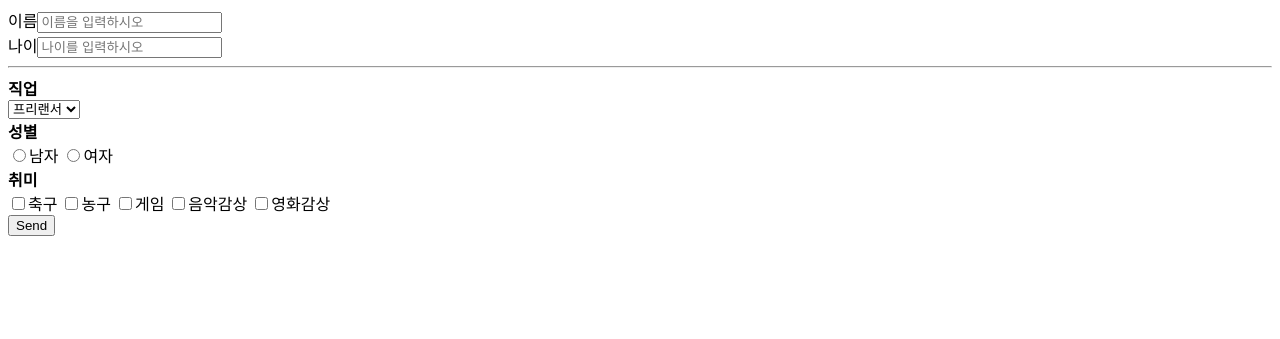
Repository: pillz9408/Jsp-Servlet
Page: jspstudy/day02/src/main/webapp/userInfo2.html
These files come from the project's save history. The page is drawn as it stood at one moment and after the next save; the edit follows.
The browser window is 1280 px wide. The pictures show the whole page.

Above is the page before, as saved 2022-10-05 03:16:25.

### jspstudy/day02/src/main/webapp/userInfo2.html
<!DOCTYPE html>
<html>
<head>
<meta charset="UTF-8">
<title>userTest</title>
</head>
<body>
<form action="userinfo2">
	이름<input type="text" name="name" placeholder="이름을 입력하시오"><br>
	나이<input type="text" name="age" placeholder="나이를 입력하시오"><br>
	<hr> <!--<hr>=구분선  -->
	<b>직업</b><br><select name='job'>
		<option value="프리랜서">프리랜서
		<option value="학생">학생
		<option value="직장인">직장인
	</select><br>
	<b>성별</b><br><input type="radio"name="gender" value="남자">남자
	<input type="radio"name="gender" value="여자">여자<br>
	<b>취미</b><br><input type="checkbox"name="hobby" value="축구">축구
	<input type="checkbox"name="hobby" value="농구">농구
	<input type="checkbox"name="hobby" value="게임">게임
	<input type="checkbox"name="hobby" value="음악감상">음악감상
	<input type="checkbox"name="hobby" value="영화감상">영화감상
	<br>
	<input type="submit" value="Send">
	</form>

</body>
</html>

After the next save:
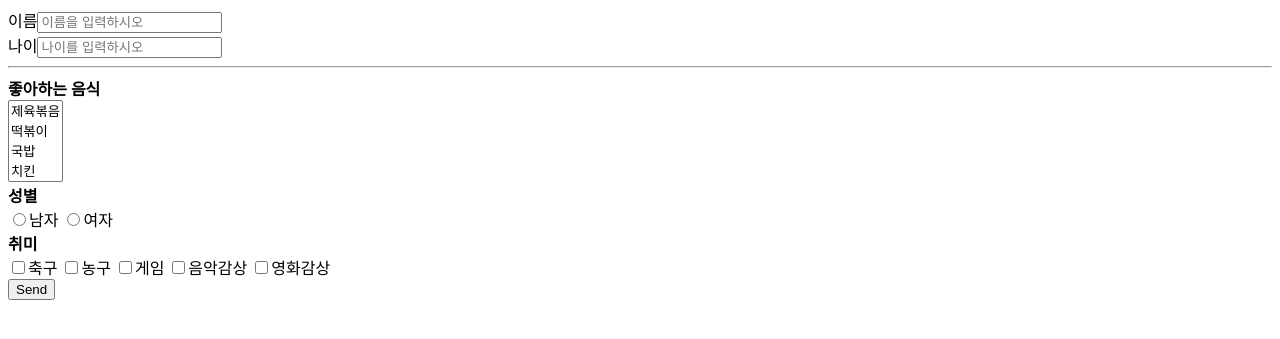
Saved 108 s later.
--- a/jspstudy/day02/src/main/webapp/userInfo2.html
+++ b/jspstudy/day02/src/main/webapp/userInfo2.html
@@ -9,10 +9,11 @@
 	이름<input type="text" name="name" placeholder="이름을 입력하시오"><br>
 	나이<input type="text" name="age" placeholder="나이를 입력하시오"><br>
 	<hr> <!--<hr>=구분선  -->
-	<b>직업</b><br><select name='job'>
-		<option value="프리랜서">프리랜서
-		<option value="학생">학생
-		<option value="직장인">직장인
+	<b>좋아하는 음식</b><br><select name='food' multiple size=4><!--multiple = 복수 선택 가능  -->
+		<option value="제육볶음">제육볶음
+		<option value="떡볶이">떡볶이
+		<option value="국밥">국밥
+		<option value="치킨">치킨
 	</select><br>
 	<b>성별</b><br><input type="radio"name="gender" value="남자">남자
 	<input type="radio"name="gender" value="여자">여자<br>
